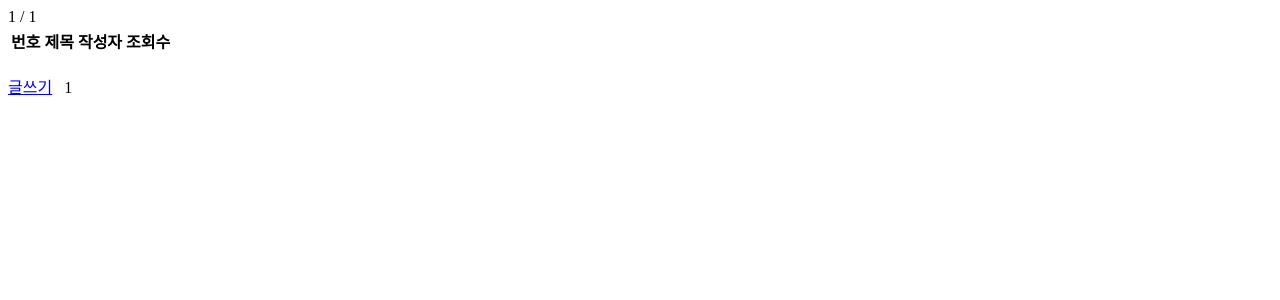
Repository: GitOnibi/jsp
Page: http://localhost/JSPprojec/notice/notice.jsp
These files come from the project's save history. The page is drawn as it stood at one moment and after the next save; the edit follows.
The browser window is 1280 px wide. The pictures show the whole page.
The page is served by Tomcat 9. Other server files are loaded and not shown. Queries for data that is not in the repository find no rows.

Above is the page before, as saved 2019-01-14 12:29:13.

### JSPprojec/WebContent/notice/notice.jsp
<%@ page language="java" contentType="text/html; charset=UTF-8" pageEncoding="UTF-8"%>
<%@ taglib prefix="c" uri="http://java.sun.com/jsp/jstl/core" %>
<%@ taglib prefix="sql" uri="http://java.sun.com/jsp/jstl/sql" %>

<c:set var="pageSize"	value="10" />
<c:set var="grpSize"	value="5" />
<c:set var="pageNum"	value="1" />
<c:set var="pageCnt"	value="1" />
<c:set var="skipRow"	value="1" />
<c:set var="dbCnt" />

<sql:query var="rs" dataSource="jdbc/OracleDB">
	SELECT * FROM board ORDER BY ref DESC, idx
</sql:query>

<c:set var="dbCnt" value="${ rs.rowCount }" />
<c:choose>
	<c:when test="${ dbCnt % pageSize == 0 }">
		<c:set var="pageCnt" value="${ dbCnt / pageSize }" />
	</c:when>
	<c:otherwise>
		<c:set var="pageCnt" value="${ dbCnt / pageSize + 1 }" />
	</c:otherwise>
</c:choose>

<c:set var="reqNum" value="${ param.pageNum }" />
<c:choose>
	<c:when test="${ reqNum == null }">
		<c:set var="reqNum" value="1" />
	</c:when>
	<c:otherwise>
		<c:set var="skipRow" value="${ (rewNum - 1) * pageSize + 1 }" />
	</c:otherwise>
</c:choose>
${pageNum } / ${reqNum }
<c:catch var="r">
<sql:query var="rs" dataSource="jdbc/OracleDB" startRow="${ skipRow - 1 }" maxRows="${ pageSize }">
	SELECT * FROM board ORDER BY ref DESC, idx
</sql:query>

<!DOCTYPE html>
<html>
<head>
<meta charset="UTF-8">
<title>notice</title>
</head>
<body>
	<table>
		<tbody>
			<tr>
				<th>번호</th>
				<th>제목</th>
				<th>작성자</th>
				<th>조회수</th>
			</tr>
			<c:if test="${ reqNum != null }">
				<c:set var="seqNum" value="${ dbCnt - (reqNum - 1) * pageSize }" />
			</c:if>
			<c:forEach var="row" items="${ rs.rows }" varStatus="stat">
				<tr>
					<td>${ seqNum - (stat.count + 1) }</td>
					<td><a href="read.jsp?idx=${ row.idx }&hit=${ row.hit }">${ row.title }</a></td>
					<td>${ row.name }</td>
					<td>${ row.hit }</td>
				</tr>
			</c:forEach>
		</tbody>
	</table>
	<br />
	<a href="write_form.jsp?mode=write">글쓰기</a>
<c:set var="grpCheck" value="${ (reqNum - 1) % grpSize }" />
<c:set var="startPage" value="${ reqNum - grpCheck }" />
<c:if test="${ (startPage - grpSize) > 0 }">
	<a href="notice.jsp?pageNum=${ startPage - 1 }">[prev]</a>
</c:if>
<c:forEach var="i" begin="${ startPage }" end="${ startPage + grpSize - 1 }" step="1">
	<c:choose>
		<c:when test="${ i == reqNum }">
			&nbsp; ${ i } &nbsp;
		</c:when>
		<c:when test="${ i > pageCnt }">
			<c:set var="i" value="${ startPage + grpSize - 1 }" />
		</c:when>
		<c:otherwise>
			<a href="notice.jsp?pageNum=${ i }">[${ i }]</a>
		</c:otherwise>
	</c:choose>
</c:forEach>
</c:catch>
</body>
</html>

After the next save:
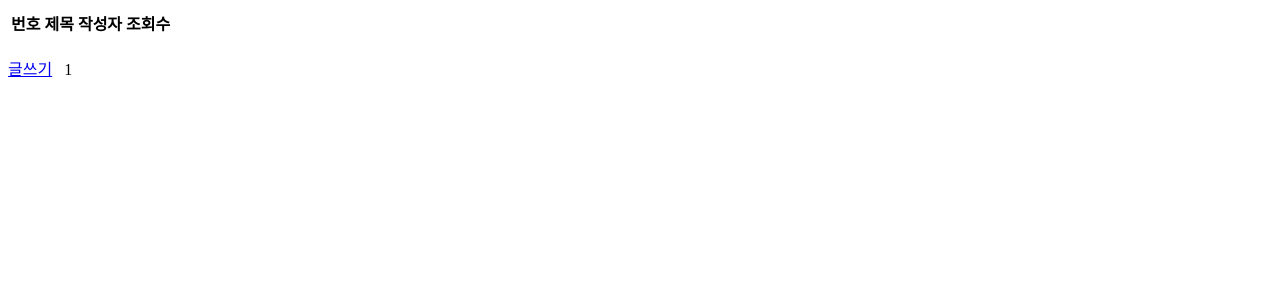
Saved 50 s later.
--- a/JSPprojec/WebContent/notice/notice.jsp
+++ b/JSPprojec/WebContent/notice/notice.jsp
@@ -32,7 +32,9 @@
 		<c:set var="skipRow" value="${ (rewNum - 1) * pageSize + 1 }" />
 	</c:otherwise>
 </c:choose>
+<c:if test="${param.pageNum==2 }">
 ${pageNum } / ${reqNum }
+</c:if>
 <c:catch var="r">
 <sql:query var="rs" dataSource="jdbc/OracleDB" startRow="${ skipRow - 1 }" maxRows="${ pageSize }">
 	SELECT * FROM board ORDER BY ref DESC, idx
